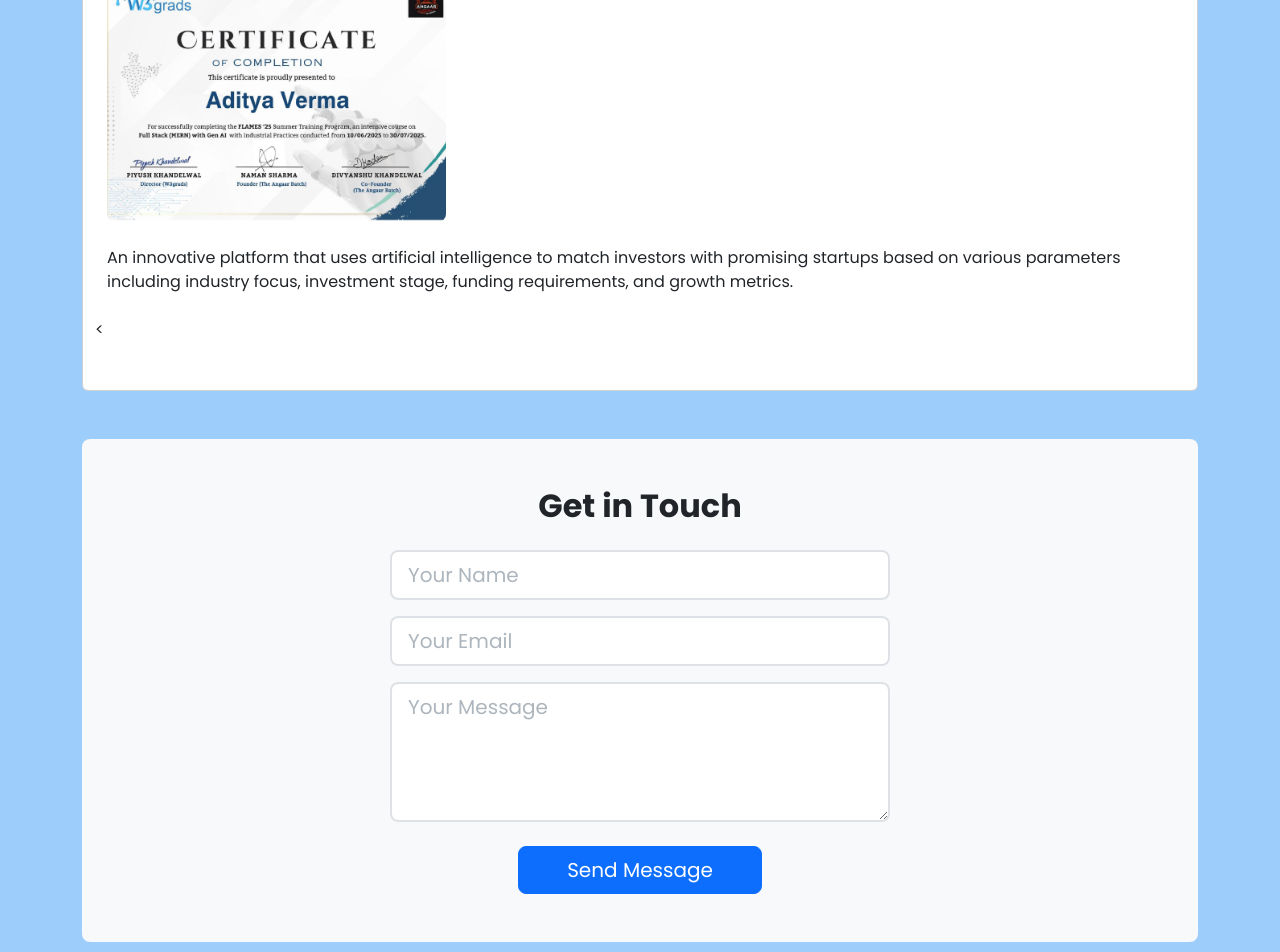
Repository: AdityaTech-Pro/Portfolio-Aditya-Verma
Page: Aditya Portfolio/index.html
An editor plug-in stored every save of this project. The page is shown before and after a run of saves, followed by the edit.
The browser window is 1280 px wide. The pictures show the part of the page from y = 4460 to 5412 px (the page is 5578 px tall before and 5554 px after).

Above is the page before, as saved 2026-01-08 00:24:10.

After the next 2 saves:
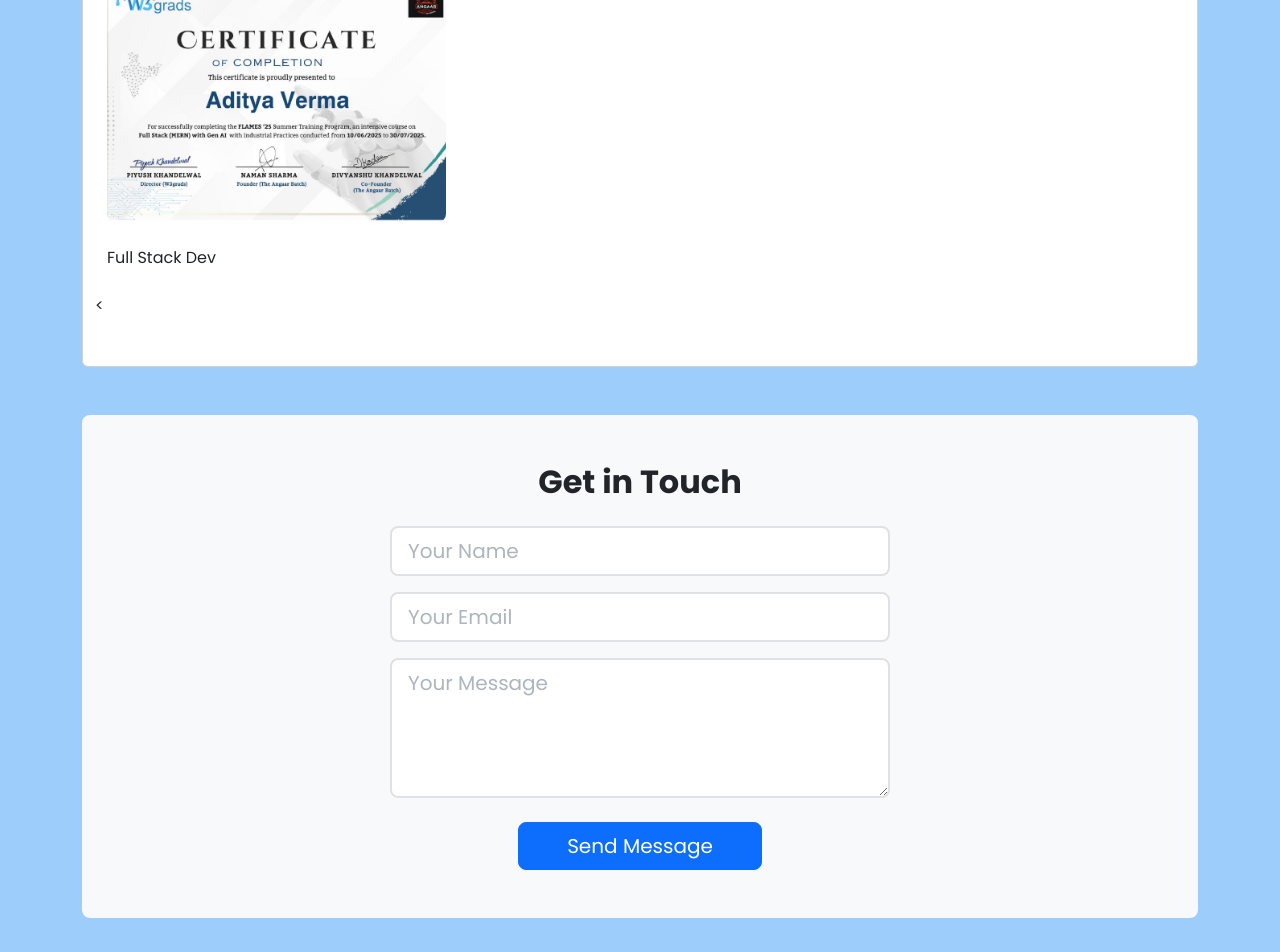
The 2 saves are shown as one change because they came seconds apart.
The last was saved 32 s later.
--- a/Aditya Portfolio/index.html
+++ b/Aditya Portfolio/index.html
@@ -379,7 +379,7 @@
                         </div>
                         <!--Certificate name and Describtion-->
                         <p class="card-text mb-4 ">
-                            An innovative platform that uses artificial intelligence to match investors with promising startups based on various parameters including industry focus, investment stage, funding requirements, and growth metrics.
+                            Full Stack Dev
                         </p>
                         < </div>
 
